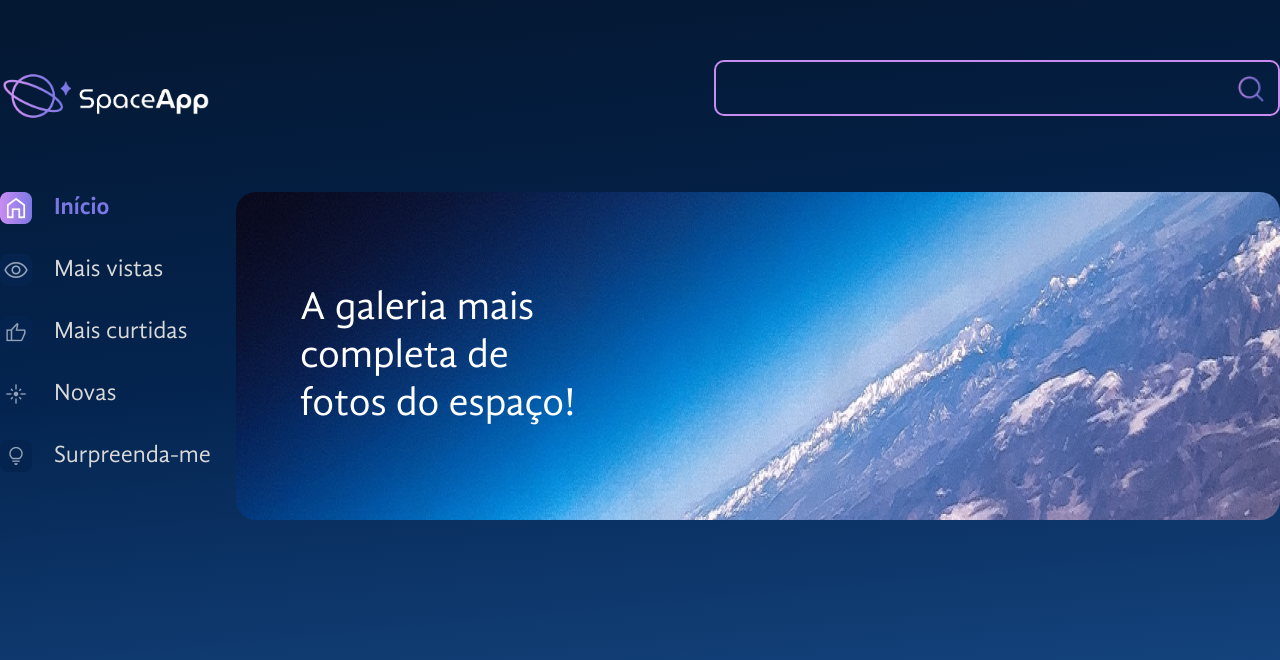
Repository: humbertobrasileiro/space-app
Page: /
The author's editor kept a copy of each file at every save. The page is drawn from the files as they stood at one save, then again after the next save.
The browser window is 1280 px wide. The pictures show the whole page.
The project was rebuilt for these pictures with package versions that can differ from the ones it lists, and the page was loaded fresh each time. Also part of the build but not shown: vite.config.js.

Above is the page before, as saved 2025-03-06 09:00:06.

After the next save:
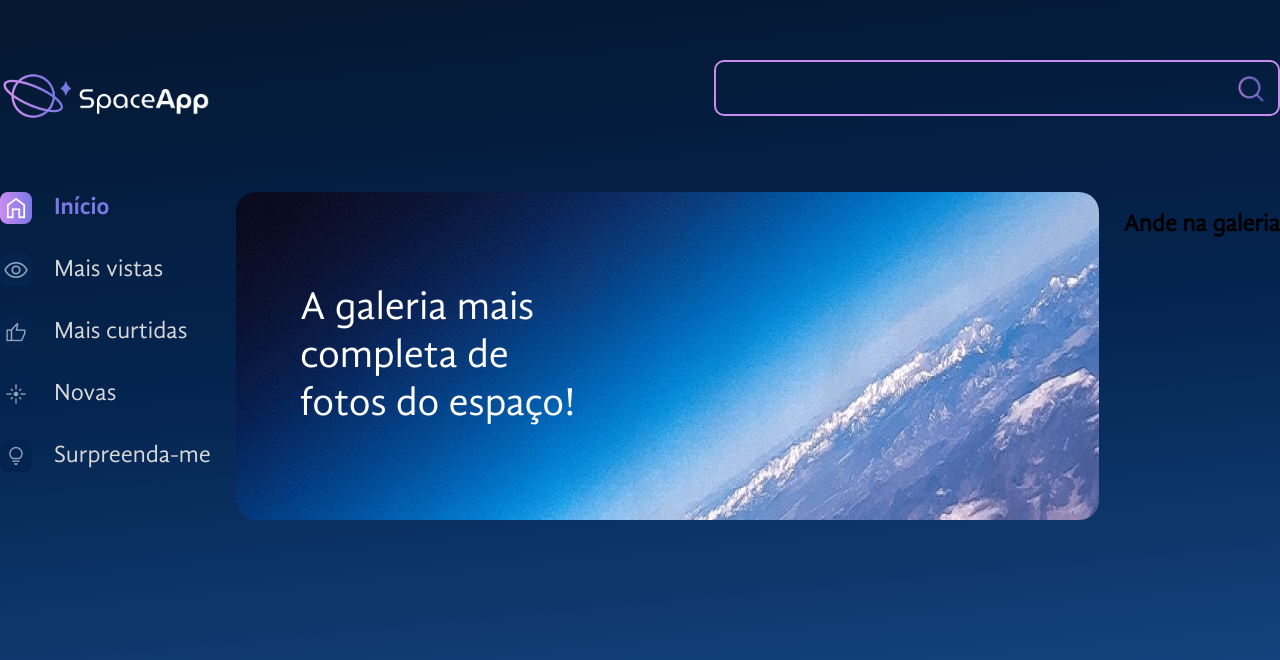
Saved 39 s later.
--- a/src/App.jsx
+++ b/src/App.jsx
@@ -4,6 +4,7 @@
 import BarraLateral from './componentes/BarraLateral'
 import Banner from './componentes/Banner'
 import bannerBackground from './assets/banner.png'
+import Galeria from './componentes/Galeria'
 
 const FundoGradiente = styled.div`
   background: linear-gradient(174.61deg, #041833 4.16%, #04244F 48%, #154580 96.76%);
@@ -33,6 +34,7 @@
             texto="A galeria mais completa de fotos do espaço!"
             backgroundImage={bannerBackground}
           />
+          <Galeria />
         </MainContainer>
       </AppContainer>
     </FundoGradiente>

After the save that followed:
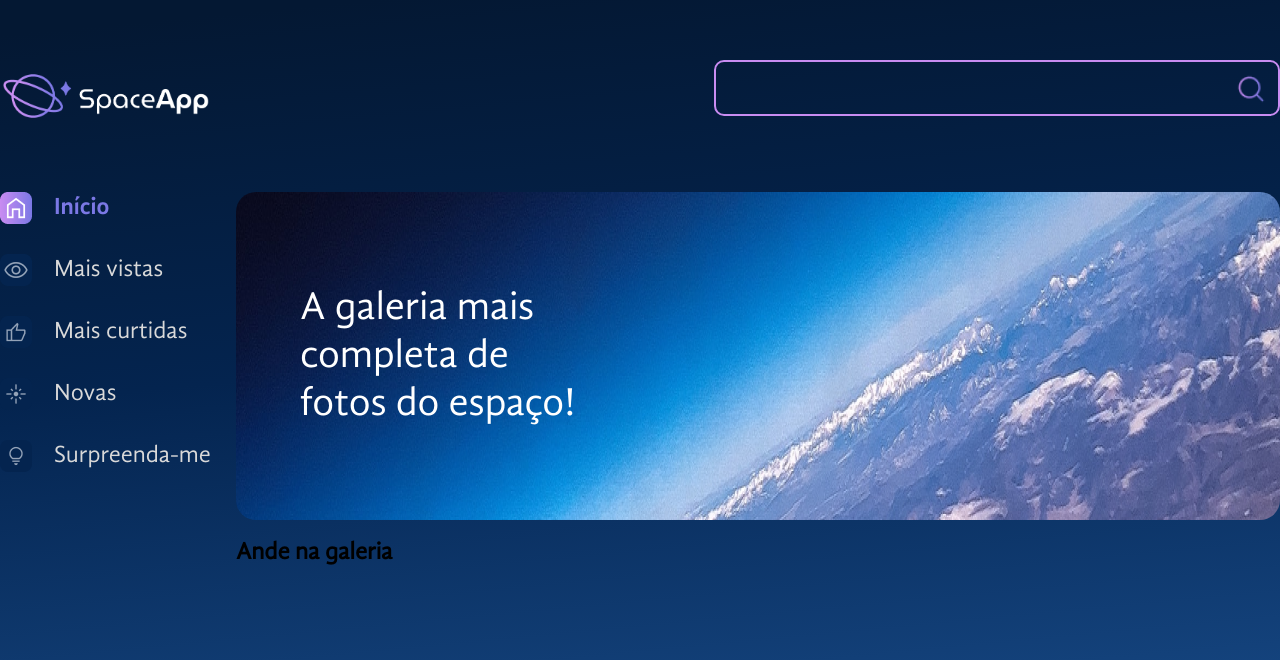
Saved 4 min 34 s later.
--- a/src/App.jsx
+++ b/src/App.jsx
@@ -22,6 +22,12 @@
   gap: 24px;
 `
 
+const ConteudoGaleria = styled.section`
+  display: flex;
+  flex-direction: column;
+  flex-grow: 1;
+`
+
 function App() {
   return (
     <FundoGradiente>
@@ -30,11 +36,13 @@
         <Cabecalho />
         <MainContainer>
           <BarraLateral />
-          <Banner
-            texto="A galeria mais completa de fotos do espaço!"
-            backgroundImage={bannerBackground}
-          />
-          <Galeria />
+          <ConteudoGaleria>
+            <Banner
+              texto="A galeria mais completa de fotos do espaço!"
+              backgroundImage={bannerBackground}
+            />
+            <Galeria />
+          </ConteudoGaleria>
         </MainContainer>
       </AppContainer>
     </FundoGradiente>
